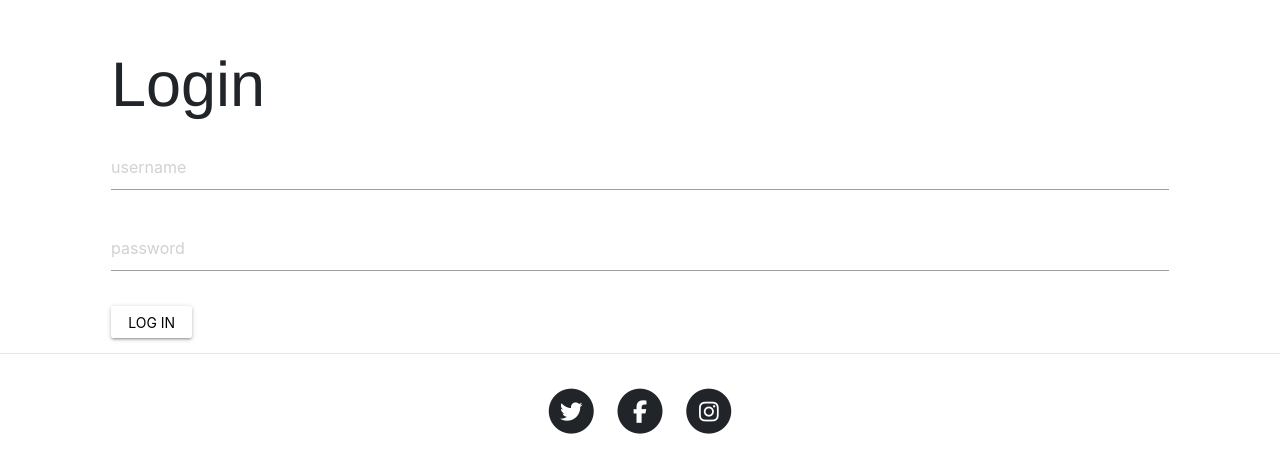
Repository: Code-Institute-Submissions/simas-recipes
Page: http://localhost/loginuser
The author's editor kept a record of every edit. The page is drawn from the files as they stood at one moment, then again after the next edit.
The browser window is 1280 px wide. The pictures show the part of the page from y = 562 to 1043 px (the page is 1016 px tall before and 1043 px after).
Some web fonts or font styles are not loaded; a fallback is used. Some web libraries are served in a nearby version. The page is served by the project's application, run on Flask 3 (run.py).

Above is the page before.
Console error: ReferenceError: emailjs is not defined

After the next edit:
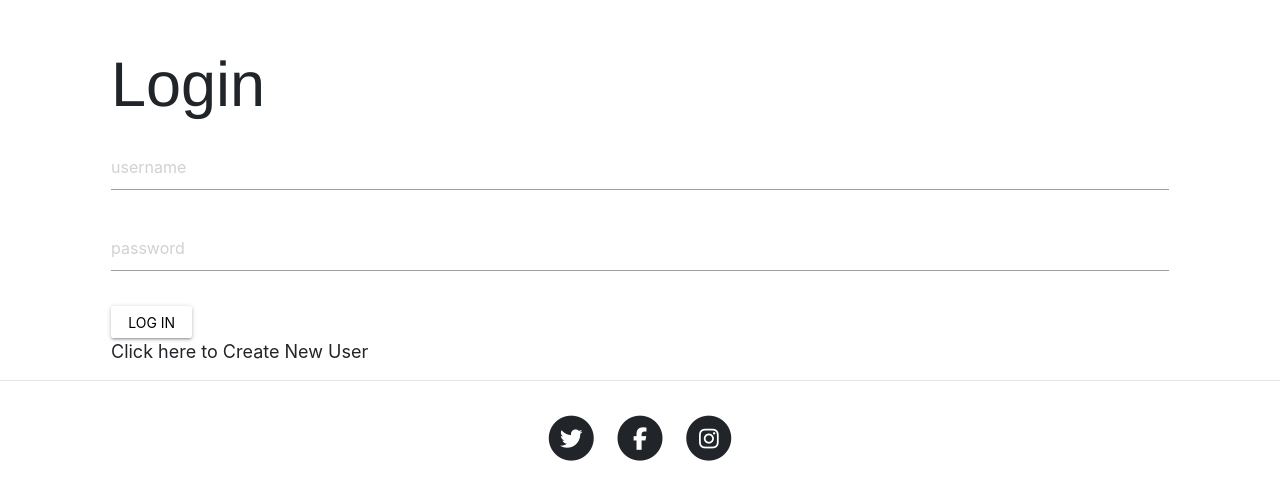
The edit:
--- a/templates/login.html
+++ b/templates/login.html
@@ -27,6 +27,8 @@
                         <input type="submit" value="Log in" class="btn btn-warning waves-effect waves-light">
 
                     </div>
+
+                    <a href="{{ url_for('newuser') }}">Click here to Create New User</a>
                 </div>
             </div>
         </form>
